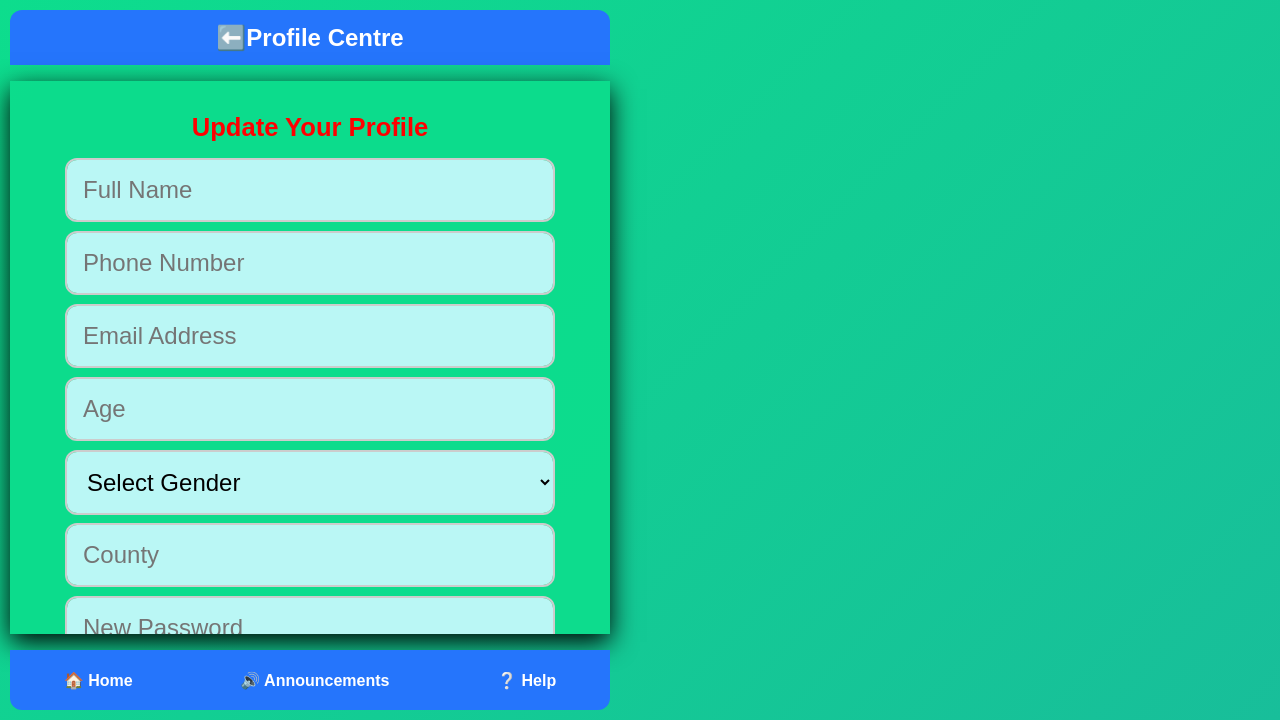
Repository: Amani-Kibet/express-app-web
Page: pages/profileCentre.html
The author's editor kept a copy of each file at every save. The page is drawn from the files as they stood at one save, then again after the next save.
The browser window is 1280 px wide. The pictures show the whole page.
An inner scrolling area shows only its first screen.

Above is the page before, as saved 2025-10-08 12:48:39.

After the next save:
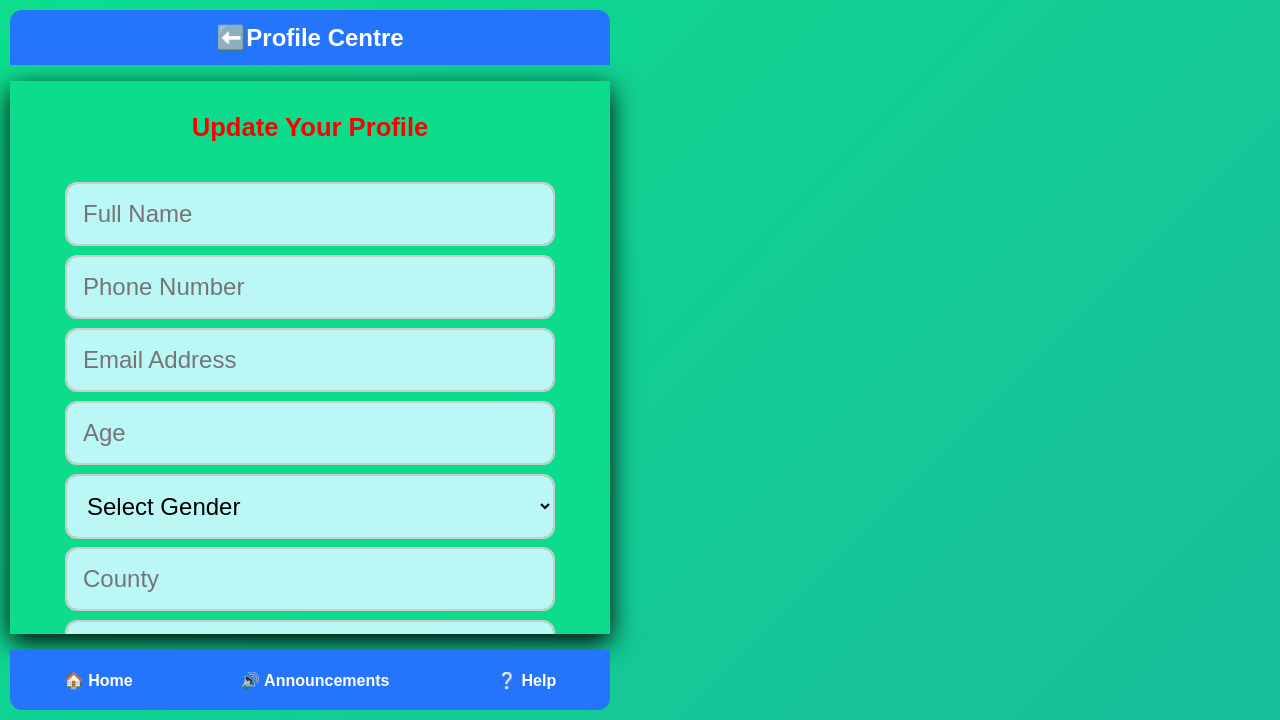
Saved 5 s later.
--- a/pages/profileCentre.html
+++ b/pages/profileCentre.html
@@ -65,7 +65,7 @@ form {
 h2{
   color: red;
   font-size: 1.6rem;
-  margin-bottom: 2%;
+  margin-bottom: 6%;
 }
 /* ===== Inputs ===== */
 .inputs {
